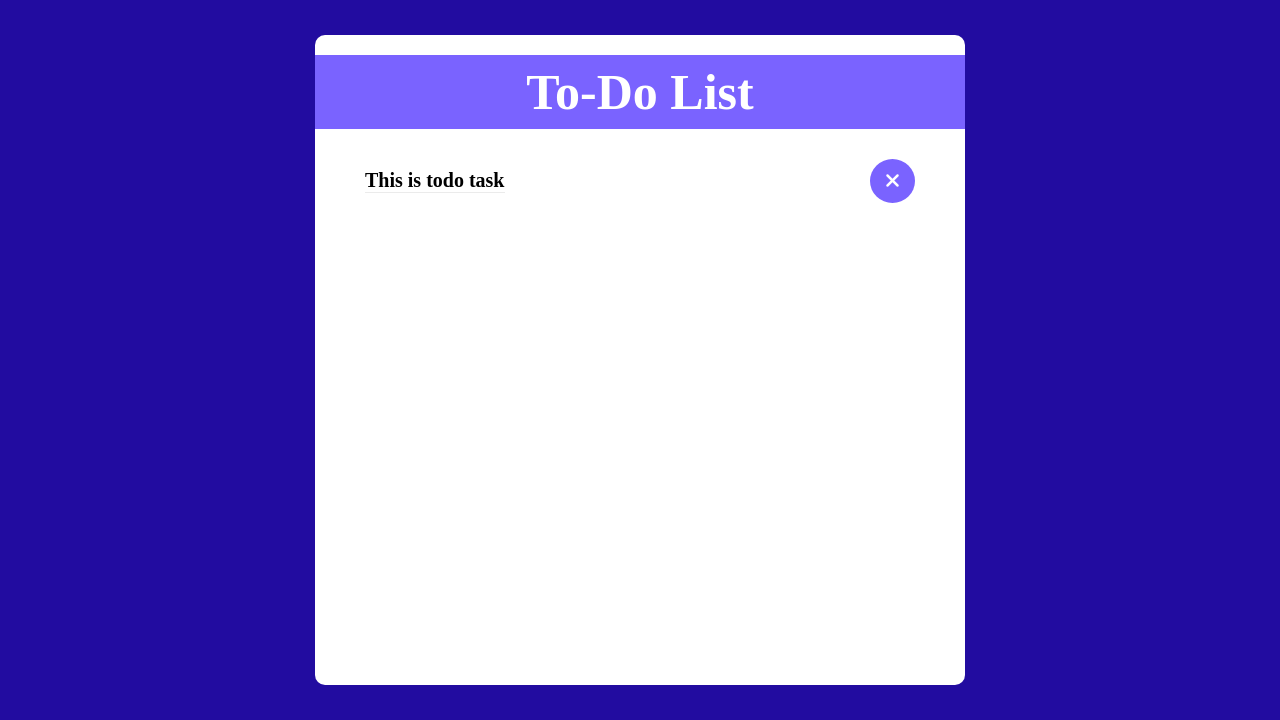
Repository: AliHassan02-Dev/To-Do-App
Page: /, after clicking the first element matching `span.fa-solid`
These files come from the project's save history. The page is drawn as it stood at one moment and after the next save; the edit follows.
The browser window is 1280 px wide. The pictures show the whole page.
Some web libraries are served in a nearby version. The project was rebuilt for these pictures with package versions that can differ from the ones it lists, and the page was loaded fresh each time. Also part of the build but not shown: vite.config.js.

Above is the page before, as saved 2024-10-28 11:45:03.

### src/App.css
* {
  margin: 0;
  padding: 0;
  box-sizing: border-box;
  font-family: poppins;
}

.mainWrapper {
  width: 100%;
  height: 100vh;
  background-color: rgb(34, 12, 160);
  display: flex;
  justify-content: center;
  flex-direction: column;
}

.mainWrapper .container {
  width: 100%;
  max-width: 650px;
  height: 650px;
  background-color: white;
  margin: auto;
  border-radius: 10px;
}

.mainWrapper .container .topBar {
  margin: 20px 0px;
}

.mainWrapper .container .topBar h2 {
  width: 100%;
  text-align: center;
  background-color: rgb(122, 99, 255);
  font-size: 50px;
  padding: 8px;
  color: white;
}

.mainWrapper .container .bottomBar {
  margin: 20px 0px;
  padding: 10px 50px;
}

.mainWrapper .container .bottomBar ol {
  list-style-type: none;
}

.mainWrapper .container .bottomBar .taskList {
  width: 100%;
  flex-wrap: nowrap;
  display: flex;
  justify-content: space-between;
  align-items: center;
}

.mainWrapper .container .bottomBar .taskList li {
  font-size: 20px;
  font-weight: 600;
  border-bottom: 1px solid rgba(190, 190, 190, 0.3);
}

.mainWrapper .container .bottomBar .taskList span {
  color: white;
  background-color: rgb(122, 99, 255);
  padding: 12px 15px;
  font-size: 20px;
  border-radius: 100%;
  cursor: pointer;
}

### src/App.jsx
import React from "react";

const App = () => {
  return (
    <div className="mainWrapper">
      <div className="container">
        <div className="topBar">
          <h2>To-Do List</h2>
        </div>
        <div className="bottomBar">
          <ol>
            <div className="taskList">
              <li>This is todo task</li>
              <span class="fa-solid fa-xmark"></span>
            </div>
          </ol>
        </div>
      </div>
    </div>
  );
};

export default App;

Loaded but not shown: index.html (common file); src/main.jsx (common file)

After the next save:
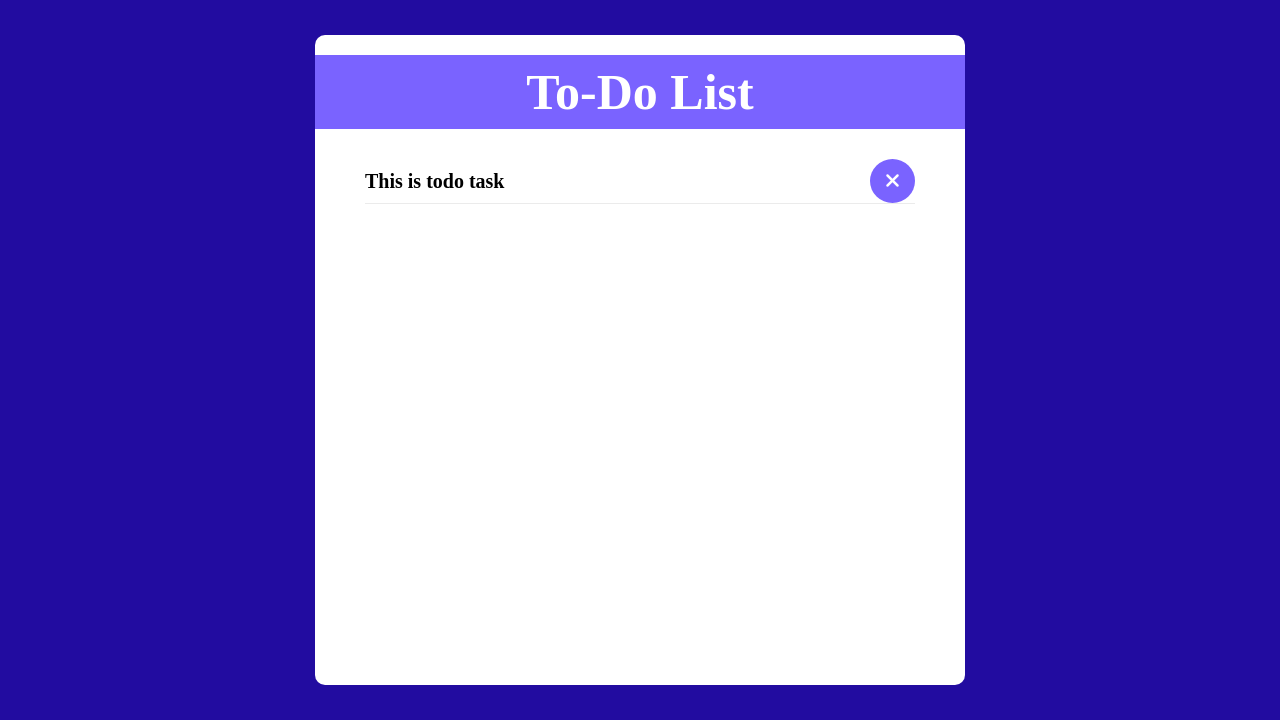
Saved 8 s later.
--- a/src/App.css
+++ b/src/App.css
@@ -51,12 +51,12 @@
   display: flex;
   justify-content: space-between;
   align-items: center;
+  border-bottom: 1px solid rgba(190, 190, 190, 0.3);
 }
 
 .mainWrapper .container .bottomBar .taskList li {
   font-size: 20px;
   font-weight: 600;
-  border-bottom: 1px solid rgba(190, 190, 190, 0.3);
 }
 
 .mainWrapper .container .bottomBar .taskList span {
